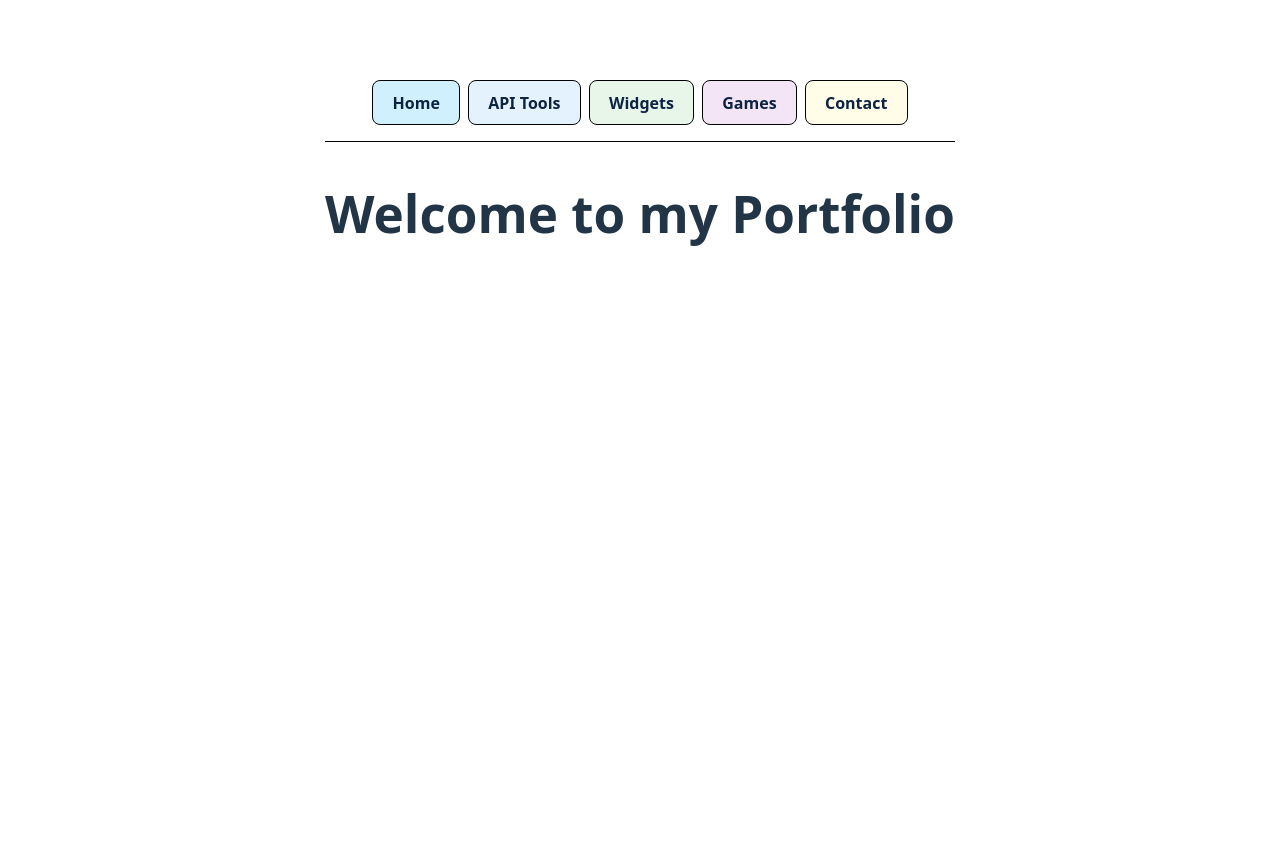
Repository: ourshadetree/TimPortfolio
Page: /
These files come from the project's save history. The page is drawn as it stood at one moment and after the next save; the edit follows.
The browser window is 1280 px wide. The pictures show the whole page.
The project was rebuilt for these pictures with package versions that can differ from the ones it lists, and the page was loaded fresh each time. Also part of the build but not shown: vite.config.js, src/views/ApiTools.vue, src/views/Widgets.vue, src/views/Games.vue, src/views/Contact.vue.

Above is the page before, as saved 2025-05-07 11:04:38.

### src/main.js
// src/main.js
import { createApp } from 'vue'
import App          from './App.vue'
import { router }   from './router'
import './style.css'

createApp(App)
  .use(router)
  .mount('#app')

### src/App.vue
<!-- src/App.vue -->
<template>
  <div id="app">
    <header>
      <nav>
        <router-link to="/"       class="tab tab--home">Home</router-link>
        <router-link to="/api-tools" class="tab tab--api">API Tools</router-link>
        <router-link to="/widgets"   class="tab tab--widgets">Widgets</router-link>
        <router-link to="/games"     class="tab tab--games">Games</router-link>
        <router-link to="/contact"   class="tab tab--contact">Contact</router-link>
      </nav>
    </header>
    <main>
      <router-view/>
    </main>
  </div>
</template>


<script setup>
// no script needed here yet
</script>

<style scoped>
#app {
  background: white;
  min-height: 100vh;
}

/* header/nav styling */
header {
  padding: 1rem;
  border-bottom: 1px solid black;
  text-align: center;
}
nav {
  display: inline-flex;
  gap: 0.5rem;
}
nav a {
  padding: 0.5rem 1rem;
  border: 1px solid black;
  border-radius: 8px;
  background: #FDEFF9; /* pastel pink */
  color: #0C2442;
  text-decoration: none;
  font-weight: bold;
}
nav a.router-link-active {
  background: #D0F0FD; /* pastel blue when active */
}

/* base tab style */
.tab {
  padding: 0.6rem 1.2rem;
  border: 1px solid #000;
  border-radius: 8px;
  text-decoration: none;
  font-weight: bold;
  color: #0C2442;
  transition: opacity .2s;
}
.tab:hover {
  opacity: 0.8;
}

/* pastel colours for each */
.tab--home     { background: #FFEBEE; } /* very light pink */
.tab--api      { background: #E3F2FD; } /* very light blue */
.tab--widgets  { background: #E8F5E9; } /* very light green */
.tab--games    { background: #F3E5F5; } /* very light purple */
.tab--contact  { background: #FFFDE7; } /* very light yellow */

</style>

### src/router/index.js
// src/router/index.js
import { createRouter, createWebHistory } from 'vue-router'
import HomeView    from '../views/HomeView.vue'
import ApiTools    from '../views/ApiTools.vue'
import Widgets     from '../views/Widgets.vue'
import Games       from '../views/Games.vue'
import Contact     from '../views/Contact.vue'

const routes = [
  { path: '/',           name: 'Home',      component: HomeView },
  { path: '/api-tools',   name: 'API Tools', component: ApiTools },
  { path: '/widgets',     name: 'Widgets',   component: Widgets },
  { path: '/games',       name: 'Games',     component: Games },
  { path: '/contact',     name: 'Contact',   component: Contact },
]

export const router = createRouter({
  history: createWebHistory(),
  routes,
})

### src/views/HomeView.vue
<!-- src/views/HomeView.vue -->
<template><section><h1>Welcome to my Portfolio</h1></section></template>
<script setup></script>
<style scoped></style>

Loaded but not shown: index.html (common file); src/style.css (common file)

After the next save:
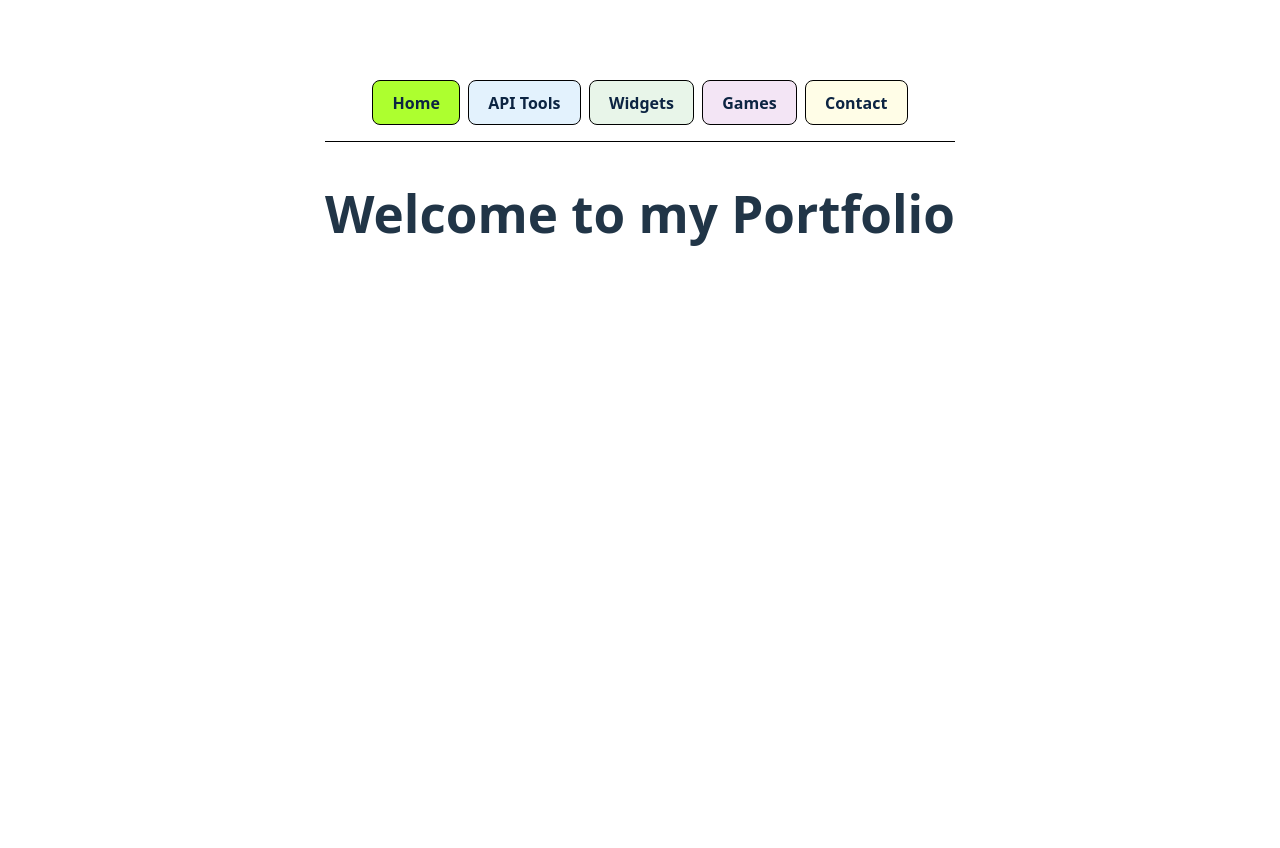
Saved 46 s later.
--- a/src/App.vue
+++ b/src/App.vue
@@ -47,7 +47,7 @@ nav a {
   font-weight: bold;
 }
 nav a.router-link-active {
-  background: #D0F0FD; /* pastel blue when active */
+  background: greenyellow; /* pastel blue when active */
 }
 
 /* base tab style */
